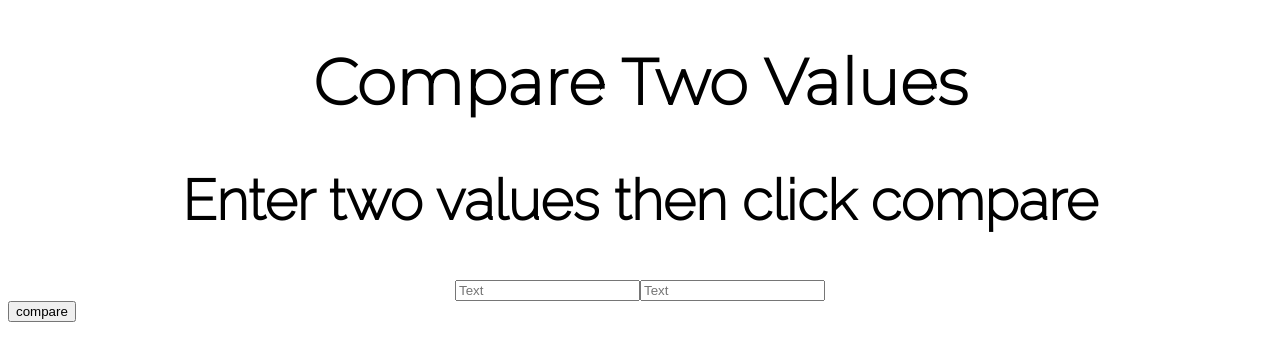
Repository: thecptwaffles/compareWebApp
Page: index.html
An editor plug-in stored every save of this project. The page is shown before and after the next save, followed by the edit.
The browser window is 1280 px wide. The pictures show the whole page.

Above is the page before, as saved 2022-10-04 20:26:18.

### index.html
<!DOCTYPE html>
<html lang="en">

<head>
  <meta charset="UTF-8">
  <meta name="viewport" content="width=device-width, initial-scale=1.0">
  <meta http-equiv="X-UA-Compatible" content="ie=edge">
  <link rel="stylesheet" href="style.css">
  <title>Compare</title>
</head>

<body>

  <h1>Compare Two Values</h1>

  <h2>Enter two values then click compare</h2>

  <div class="inputs">

    <input id="userInput" type="text" placeholder="Text">

    <input id="userInputCompare" type="text" placeholder="Text">

  </div>

  <button onclick="returnText()">compare</button>

  <h2 id="cool"></h2>
  <script src="script.js"></script>
</body>

</html>

### style.css
@import url('https://fonts.googleapis.com/css2?family=Montserrat:wght@200&family=Raleway:wght@200&display=swap');

:root {
    --prim-font: 'Montserrat', sans-serif;
    --sec-font: 'Raleway', sans-serif;
    --primClr: #1d6862;
    --secClr: #00a972;
    --thrdClr: #715f58;
}

h1 {
    font-size: 4rem;
    text-align: center;
    font-family: var(--prim-font);
}

h2 {
    font-size: 3.5rem;
    text-align: center;
    font-family: var(--sec-font);
}

.inputs {
    display: flex;
    align-items: center;
    justify-content: center;
}

button {}

### script.js
var output = document.getElementById("cool")

function returnText() {
    let start = document.getElementById("userInput").value;
    let end = document.getElementById("userInputCompare").value;

    if (start == end) {
        output.innerHTML = "Same"
        output.style.color = "#69b00b";
    } else {
        output.innerHTML = "Not The Same!"
        output.style.color = "#b00b"
        output.style.textDecoration = "underline"
    }
}

After the next save:
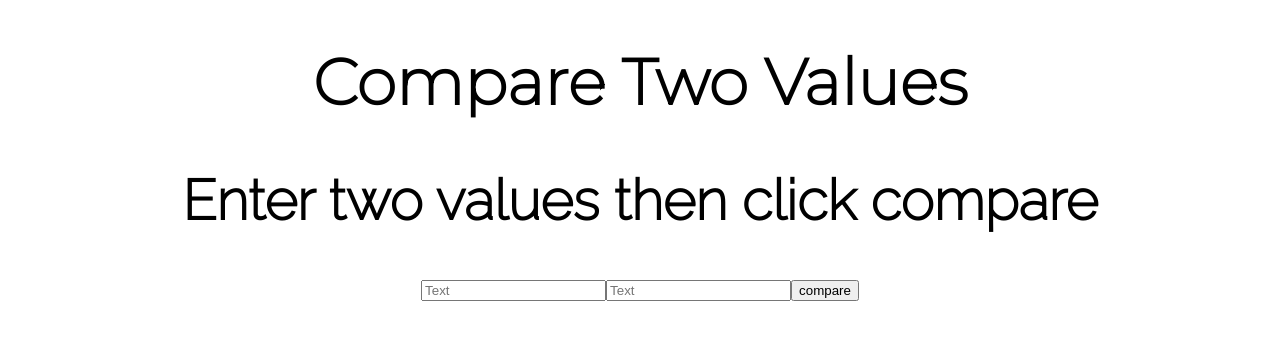
Saved 2 s later.
--- a/index.html
+++ b/index.html
@@ -21,9 +21,9 @@
 
     <input id="userInputCompare" type="text" placeholder="Text">
 
+    <button onclick="returnText()">compare</button>
   </div>
 
-  <button onclick="returnText()">compare</button>
 
   <h2 id="cool"></h2>
   <script src="script.js"></script>
